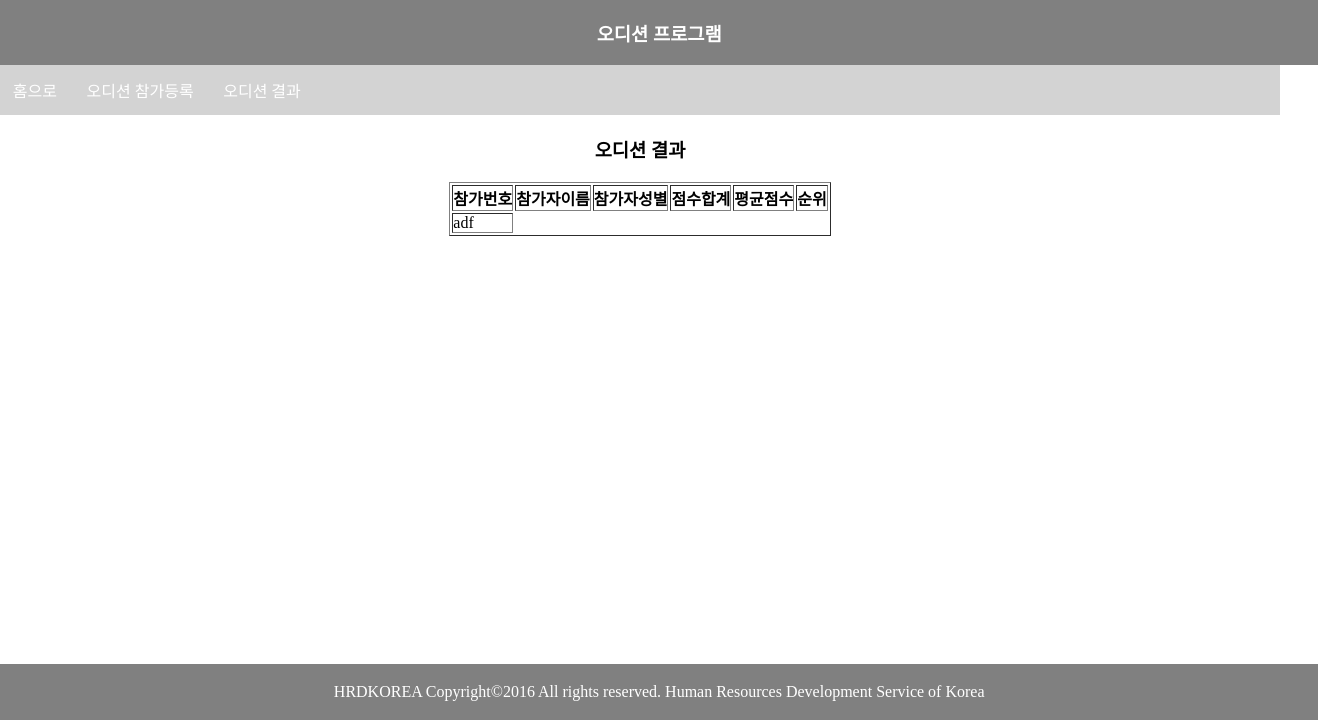
Repository: jieun000/Craftsman_Information_Processing
Page: http://localhost/Test/result.jsp
These files come from the project's save history. The page is drawn as it stood at one moment and after a run of saves; the edit follows.
The browser window is 1280 px wide. The page is 1318 px wide, then 1280 px, then 1318 px, so the pictures cover 1318 px, including what lies to the right of the window. The pictures show the whole page.
The page is served by Tomcat 9. Queries for data that is not in the repository find no rows.

Above is the page before, as saved 2023-09-06 03:09:09.

After the next 2 saves:
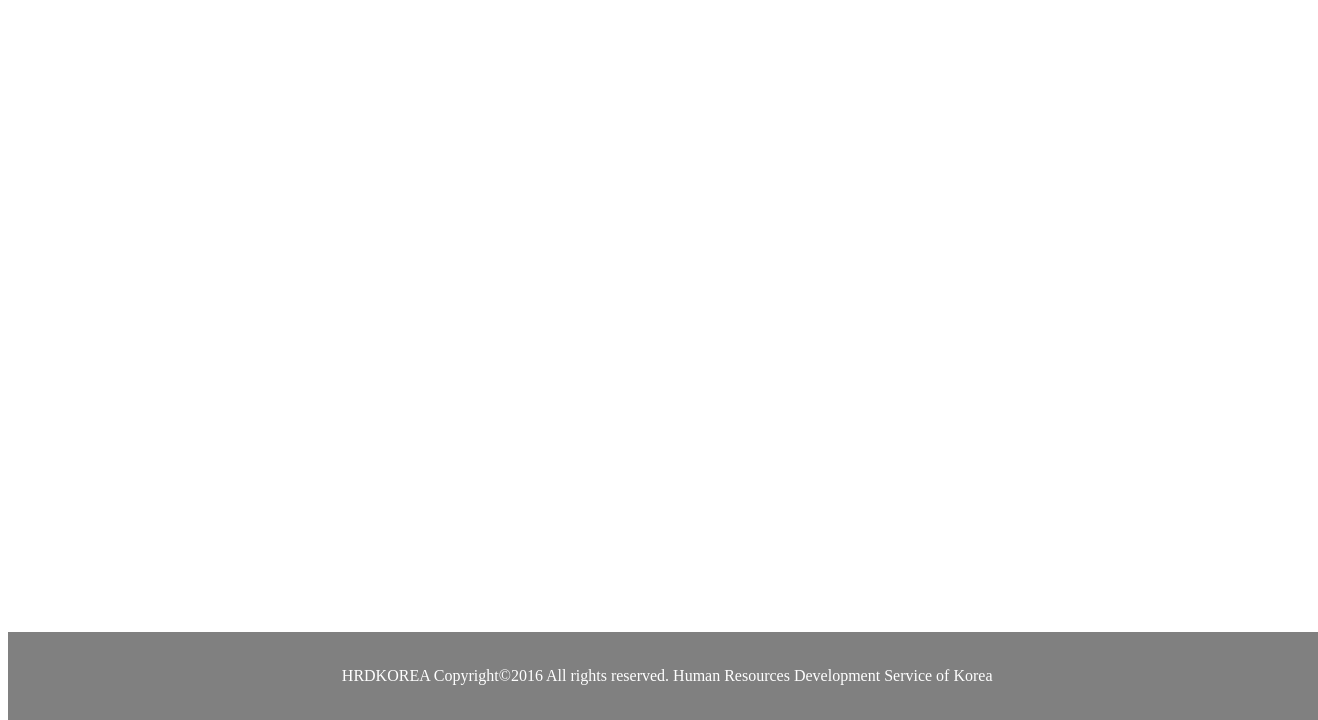
The 2 saves are shown as one change because 1 did not build or start.
The last was saved 17 s later.
--- a/02_study/Test/src/main/webapp/result.jsp
+++ b/02_study/Test/src/main/webapp/result.jsp
@@ -1,6 +1,21 @@
 <%@ page language="java" contentType="text/html; charset=UTF-8"
     pageEncoding="UTF-8"%>
-
+<%@ page import="java.sql.*, javax.sql.*" %>
+<%
+	Connection con = null;
+	PreparedStatement pstmt = null;
+	ResultSet rs = null;
+	String sql = "select * from tbl_artist";
+	try {
+		Class.forName("oracle.jdbc.OracleDriver");
+		con = DriverManager.getConnection("jdbc:oracle:thin:@localhost:1521/xe","system","1234");
+		pstmt = con.prepareStatement(sql);
+		rs = pstmt.executeQuery();
+		if(rs.next()) {
+			do {
+				String gender = "남";
+				if(rs.getString(3).equals("F")) gender = "여";
+%>
 <!DOCTYPE html>
 <html>
 <head>
@@ -36,7 +51,17 @@
 				<tr>
 					<td>adf</td>
 				</tr>
-
+<%
+			} while(rs.next());
+		}
+	} catch(Exception e) {
+		e.printStackTrace();
+	} finally {
+		if(rs!=null) rs.close();
+		if(pstmt!=null) pstmt.close();
+		if(con!=null) con.close();
+	}
+%>
 			</table>
 	</section>
 	<footer style="background: gray; color: white; width: 100%; text-align: center; padding: 1.5%; position: absolute; bottom: 0;">

After the 2 saves that followed:
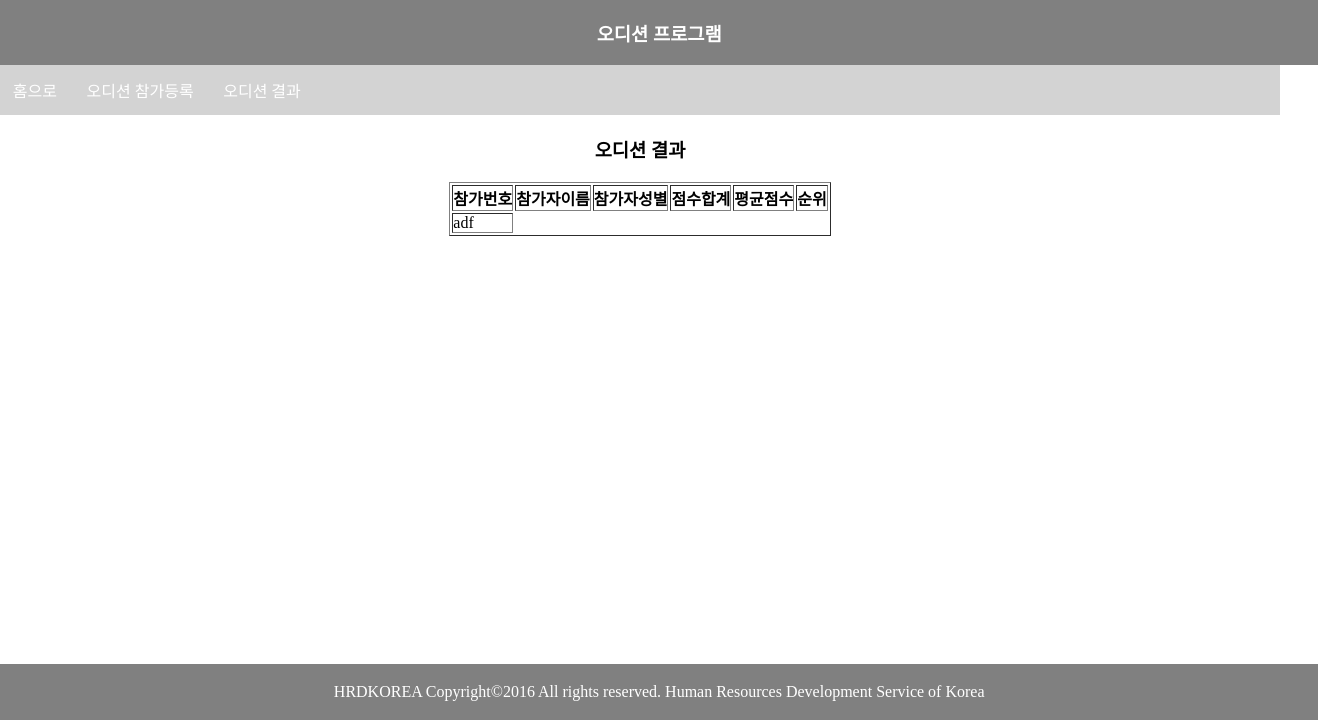
The 2 saves are shown as one change because 1 did not build or start.
The last was saved 35 s later.
--- a/02_study/Test/src/main/webapp/result.jsp
+++ b/02_study/Test/src/main/webapp/result.jsp
@@ -11,10 +11,7 @@
 		con = DriverManager.getConnection("jdbc:oracle:thin:@localhost:1521/xe","system","1234");
 		pstmt = con.prepareStatement(sql);
 		rs = pstmt.executeQuery();
-		if(rs.next()) {
-			do {
-				String gender = "남";
-				if(rs.getString(3).equals("F")) gender = "여";
+
 %>
 <!DOCTYPE html>
 <html>
@@ -52,8 +49,7 @@
 					<td>adf</td>
 				</tr>
 <%
-			} while(rs.next());
-		}
+
 	} catch(Exception e) {
 		e.printStackTrace();
 	} finally {
